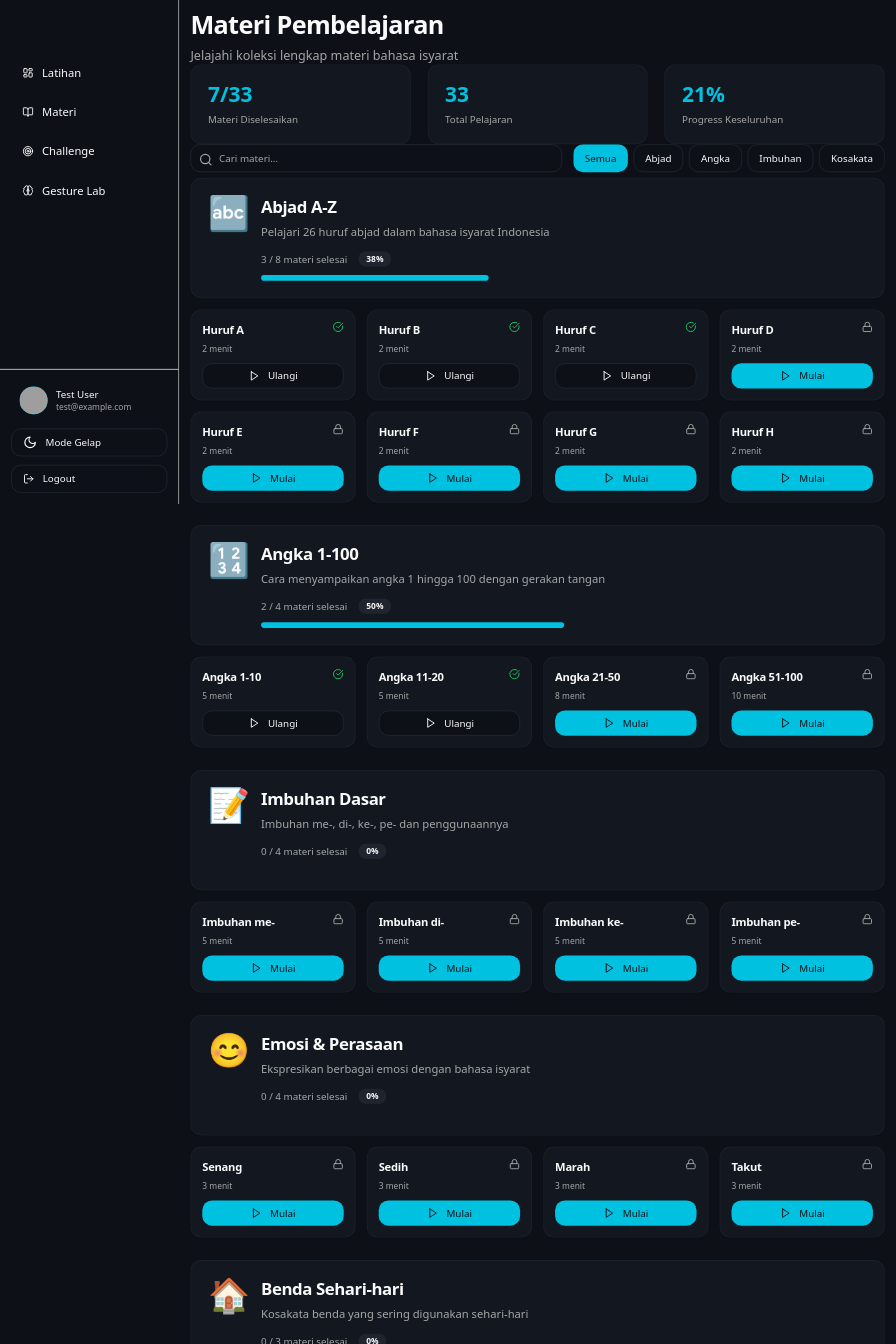
Repository: Tisna7/GESTURA
Page: http://localhost/materi
These files come from the project's save history. The page is drawn as it stood at one moment and after the next save; the edit follows.
The browser window is 1280 px wide. The pictures show the part of the page from y = 0 to 1920 px (the page is 3184 px tall), at 70% of full size.
Pictures or frames that could not be fetched are drawn as grey boxes. The page is served by the project's Laravel application, run on PHP 8.4 with Laravel 12. A made-up administrator, Test User (test@example.com), is signed in. Style sheets and scripts are compiled from the project's sources, by tool versions that may differ from the author's.

Above is the page before, as saved 2025-11-23 21:02:58.

After the next save:
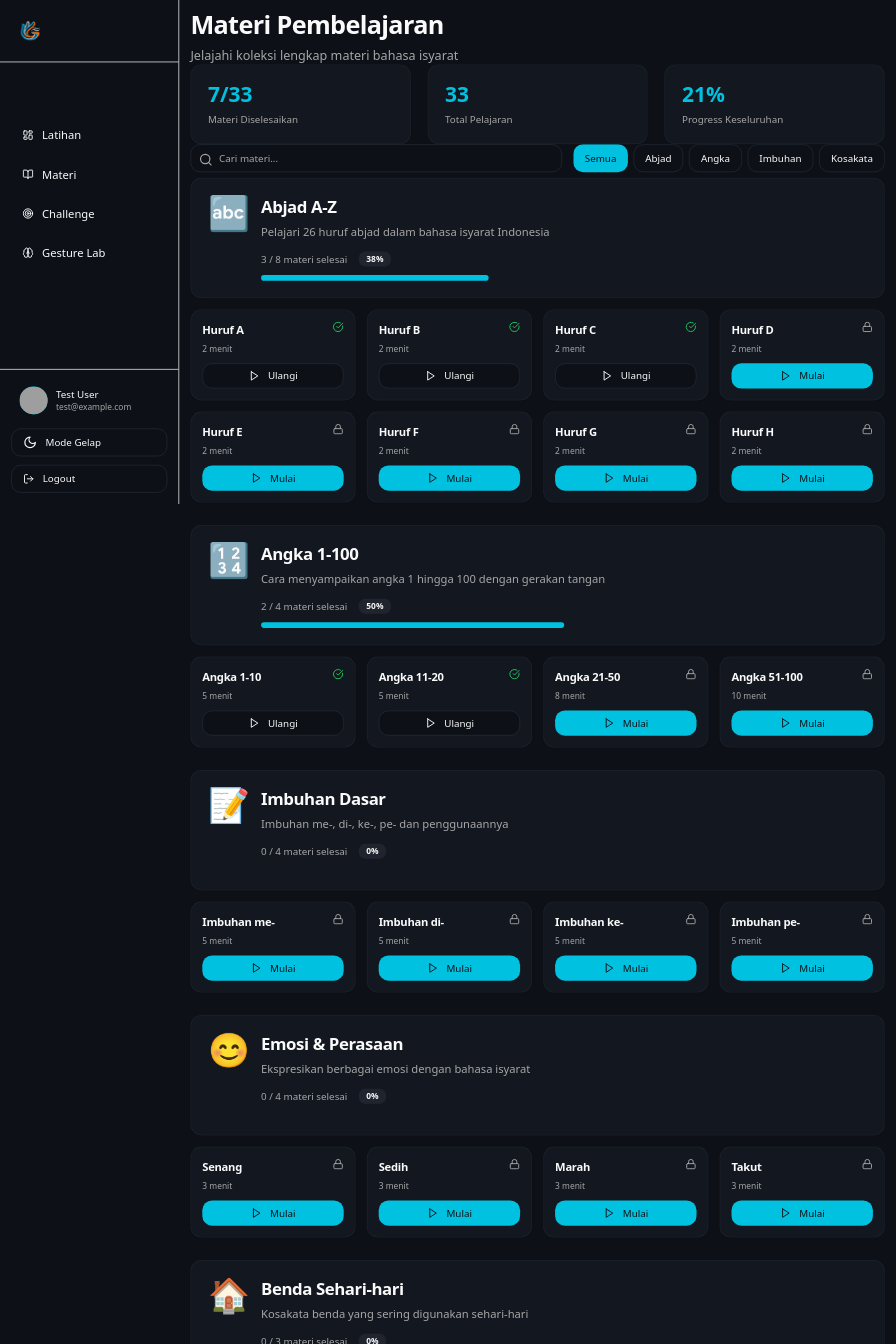
Saved 5 min 27 s later.
--- a/resources/views/components/sidebar-user.blade.php
+++ b/resources/views/components/sidebar-user.blade.php
@@ -9,7 +9,7 @@
     <div class="flex flex-col h-full">
 
         {{-- LOGO --}}
-        <div class="hidden lg:flex items-center gap-2 p-6 border-b border-sidebar-border">
+        <div class=" lg:flex items-center gap-2 p-6 border-b border-sidebar-border">
             <div class="w-10 h-10 rounded-full bg-gradient-hero flex items-center justify-center shadow-soft">
                 <img src="{{ asset('image/logo.png') }}" alt="MindCare Logo" class="w-8 h-8">
             </div>
